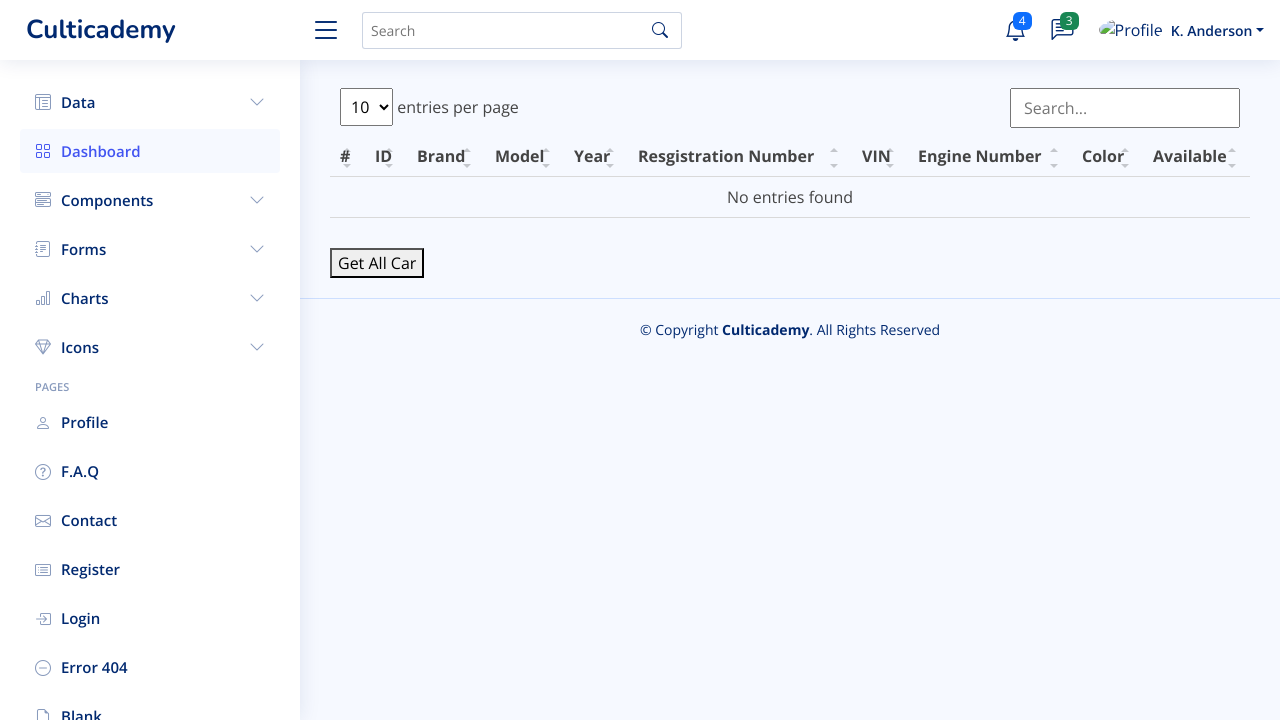
Repository: Jistoper/car_rental
Page: resources/views/backsite/content/cartable.blade.php
The author's editor kept a copy of each file at every save. The page is drawn from the files as they stood at one save, then again after the next save.
The browser window is 1280 px wide. The pictures show the whole page.
The page is served by the project's Laravel application, run on PHP 8.4 with Laravel 9. The template is opened directly, without the code that normally fills it, so the values that code supplies are empty.

Above is the page before, as saved 2023-06-18 15:57:11.

After the next save:
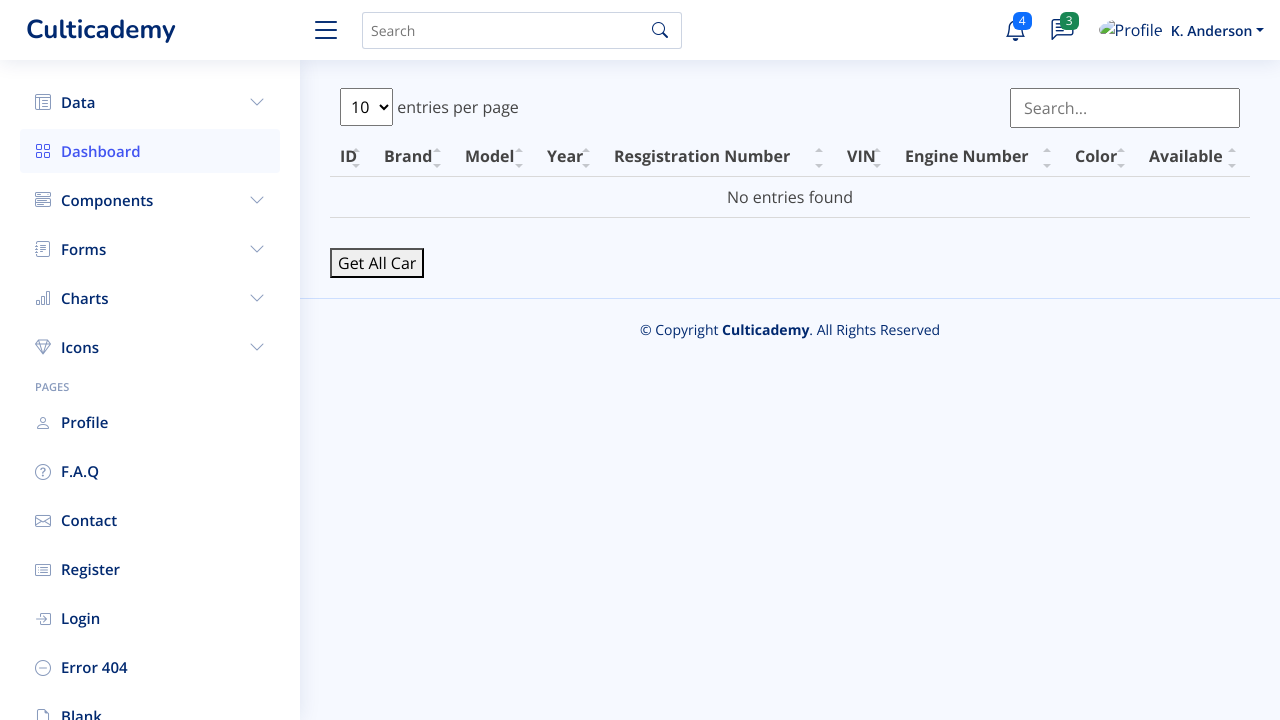
Saved 42 s later.
--- a/resources/views/backsite/content/cartable.blade.php
+++ b/resources/views/backsite/content/cartable.blade.php
@@ -6,7 +6,6 @@
     <table class="table datatable">
         <thead>
           <tr>
-            <th scope="col">#</th>
             <th scope="col">ID</th>
             <th scope="col">Brand</th>
             <th scope="col">Model</th>
